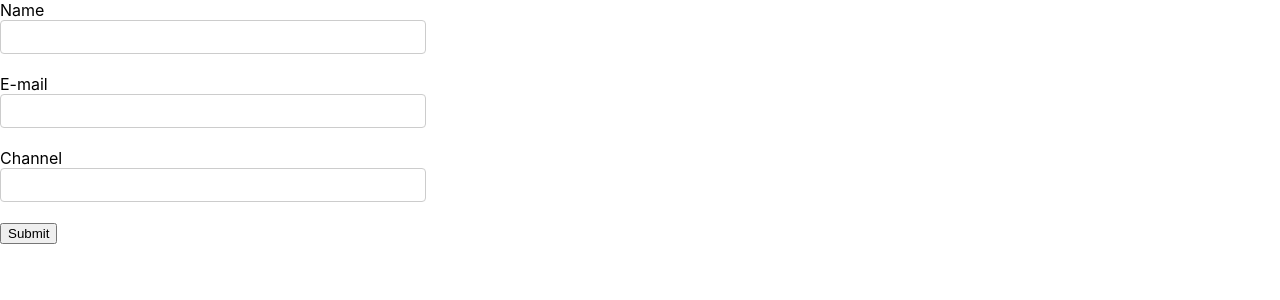
Repository: taivuong95/react-formik
Page: / (app in react-formik-demo/)
An editor plug-in stored every save of this project. The page is shown before and after the next save, followed by the edit.
The browser window is 1280 px wide. The pictures show the whole page.
The project was rebuilt for these pictures with package versions that can differ from the ones it lists, and the page was loaded fresh each time.

Above is the page before, as saved 2021-01-17 16:28:37.

After the next save:
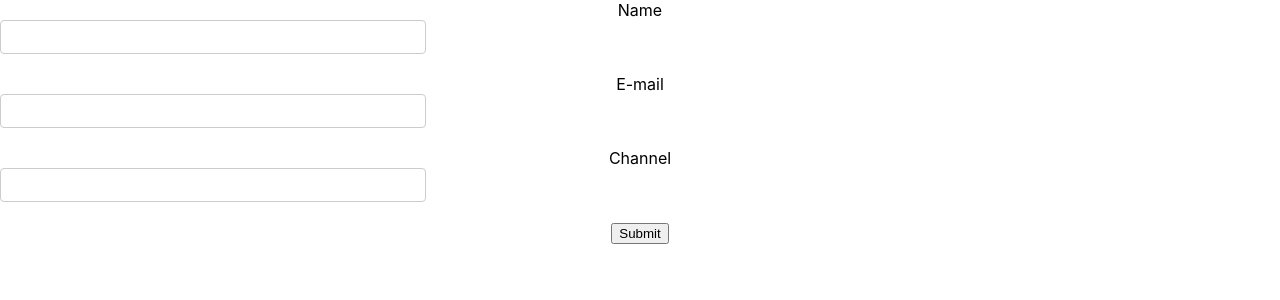
Saved 25 s later.
--- a/react-formik-demo/src/App.css
+++ b/react-formik-demo/src/App.css
@@ -1,3 +1,7 @@
+.App {
+  text-align: center;
+}
+
 input[type="text"],
 input[type="email"]{
   display:block;

After the save that followed:
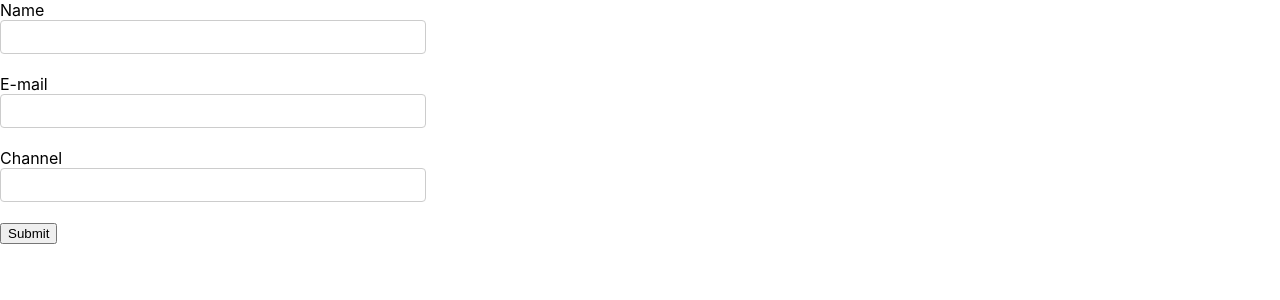
Saved 14 s later.
--- a/react-formik-demo/src/App.css
+++ b/react-formik-demo/src/App.css
@@ -1,6 +1,3 @@
-.App {
-  text-align: center;
-}
 
 input[type="text"],
 input[type="email"]{
